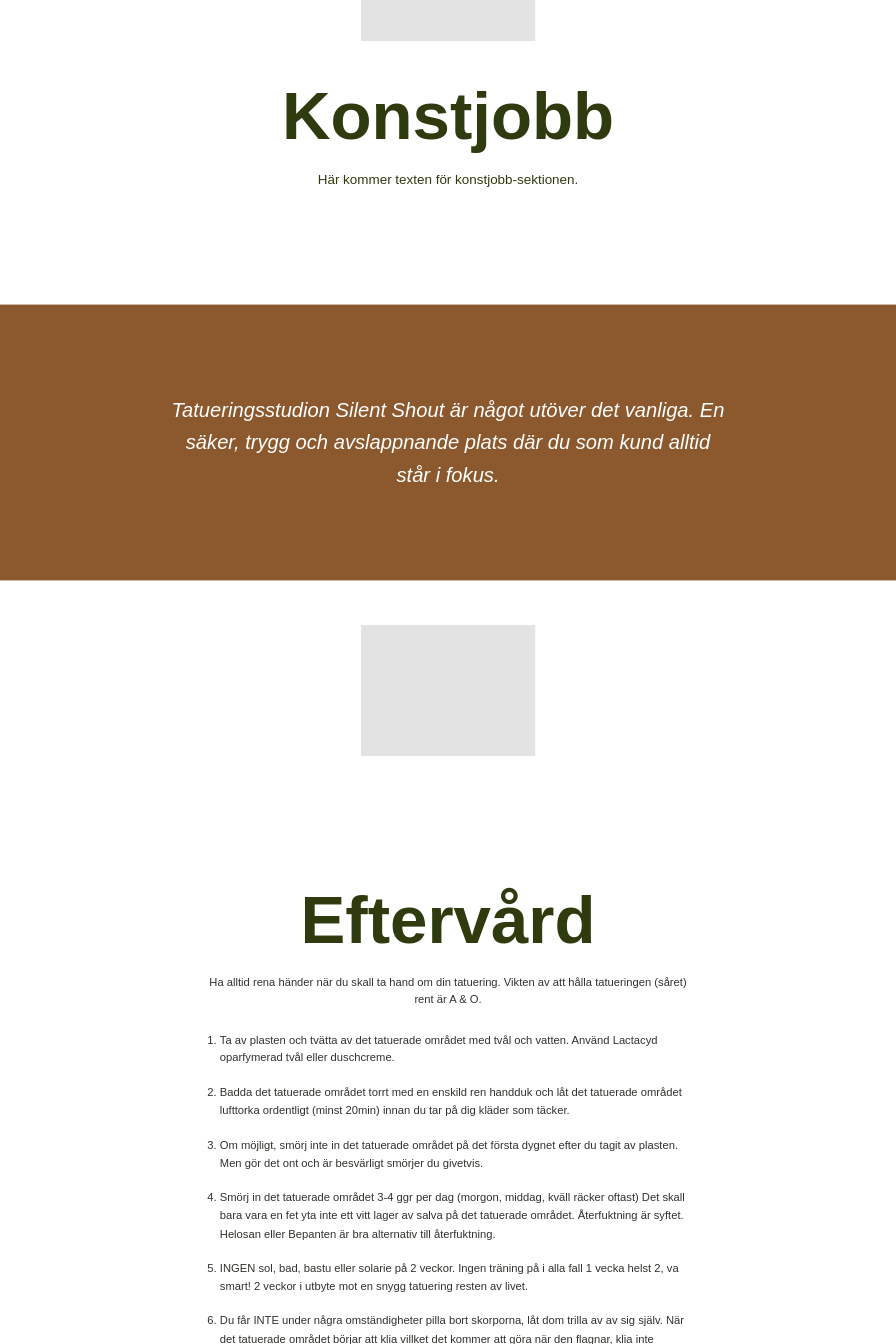
Repository: public-websites/silentshouttattoose
Page: index.html
An editor plug-in stored every save of this project. The page is shown before and after the next save, followed by the edit.
The browser window is 1280 px wide. The pictures show the part of the page from y = 2223 to 4143 px (the page is 8040 px tall before and 8109 px after), at 70% of full size.
Pictures or frames that could not be fetched are drawn as grey boxes. Some web fonts or font styles are not loaded; a fallback is used.

Above is the page before, as saved 2025-08-26 20:20:38.

After the next save:
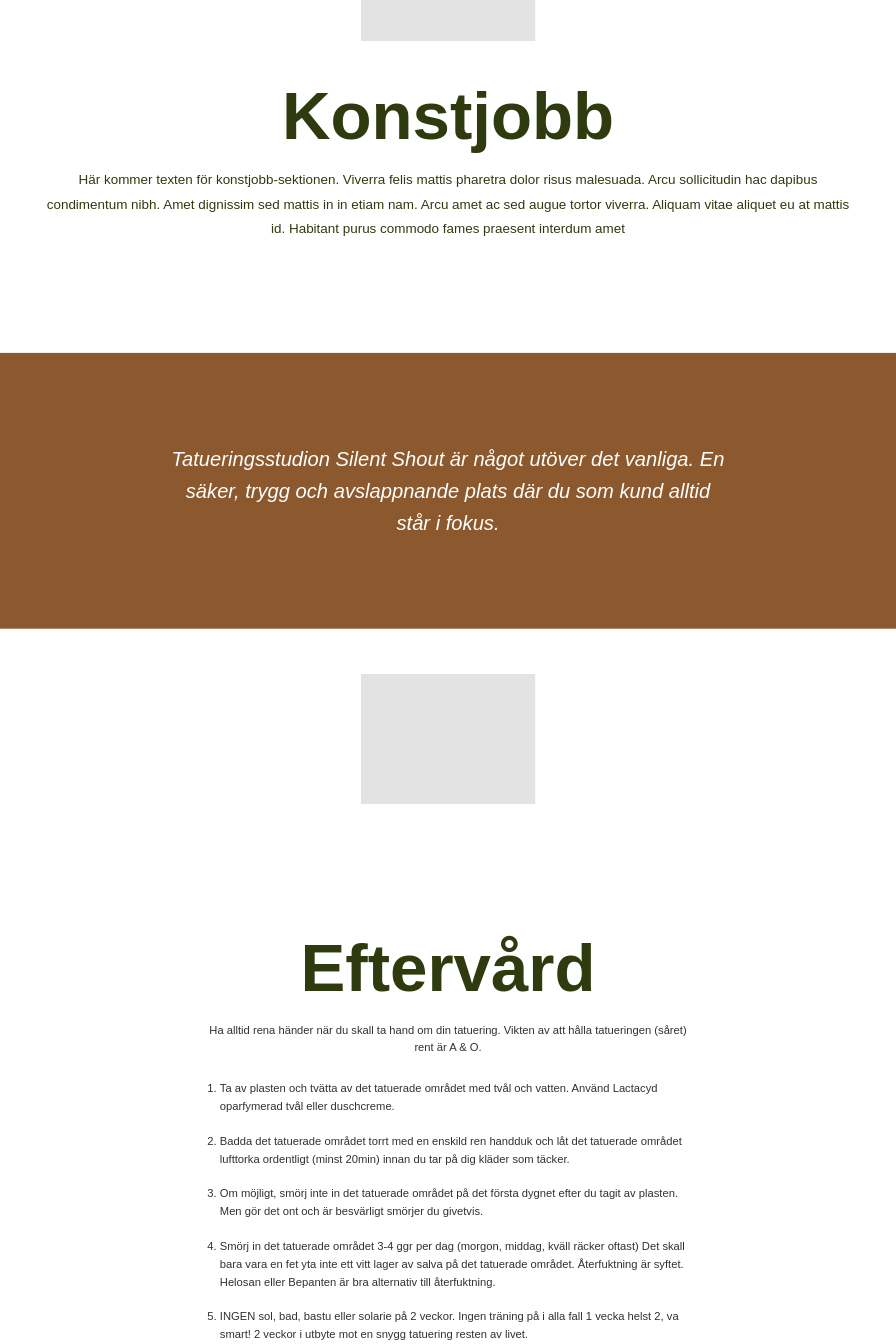
Saved 46 s later.
--- a/index.html
+++ b/index.html
@@ -102,7 +102,7 @@
             <div class="container">
                 <h2 class="large-text split fade-in">Konstjobb</h2>
                 <p class="story-text">
-                    Här kommer texten för konstjobb-sektionen.
+                    Här kommer texten för konstjobb-sektionen. Viverra felis mattis pharetra dolor risus malesuada. Arcu sollicitudin hac dapibus condimentum nibh. Amet dignissim sed mattis in in etiam nam. Arcu amet ac sed augue tortor viverra. Aliquam vitae aliquet eu at mattis id. Habitant purus commodo fames praesent interdum amet
                 </p>
             </div>
         </section>
